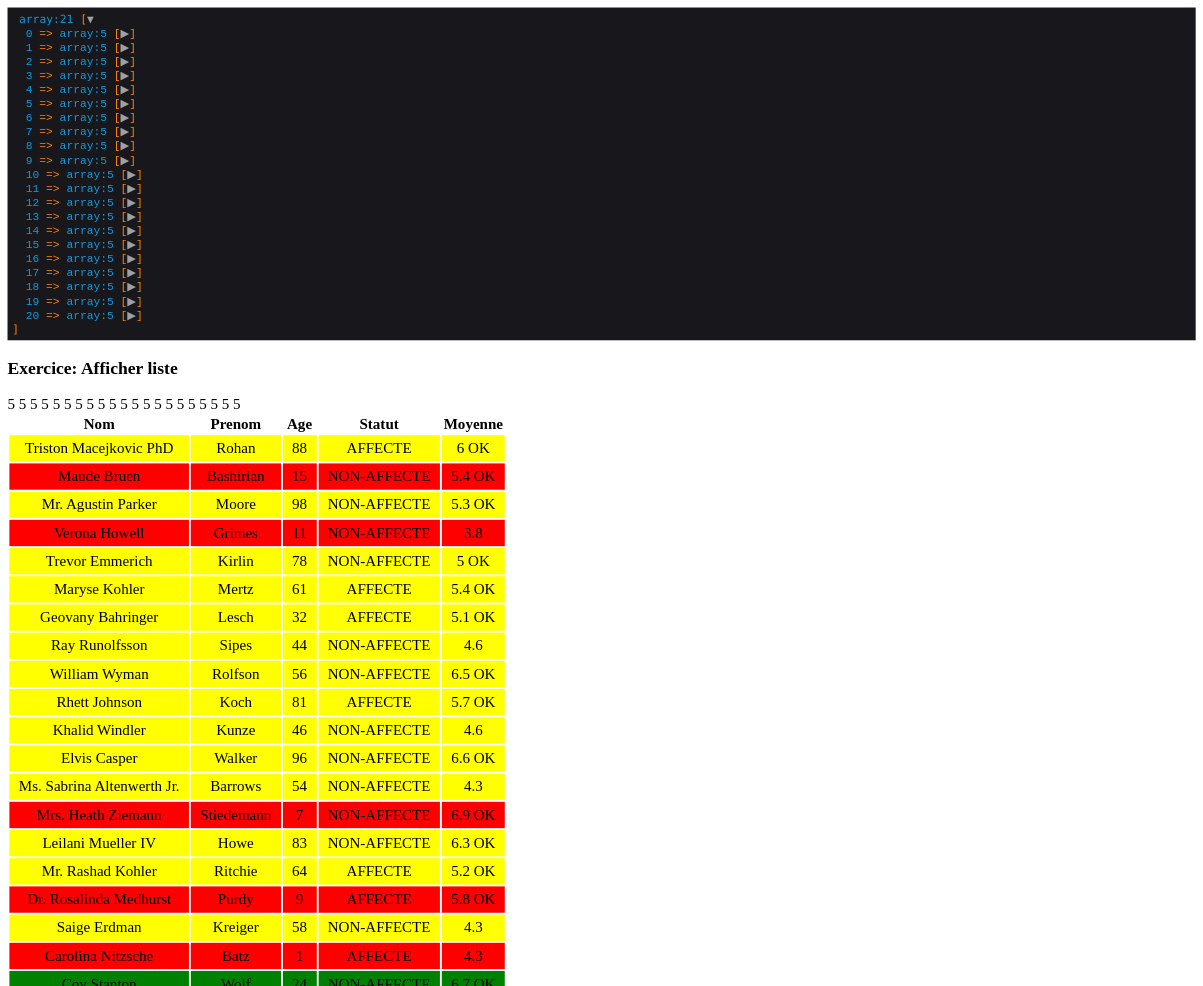
Repository: Bfabien99/PHPREPO
Page: http://localhost/
An editor plug-in stored every save of this project. The page is shown before and after the next save, followed by the edit.
The browser window is 1280 px wide. The pictures show the whole page, at 94% of full size.
The page is run by PHP 8.4 with error messages shown; the project is at /var/www/html/.

Above is the page before, as saved 2021-12-10 12:10:38.

After the next save:
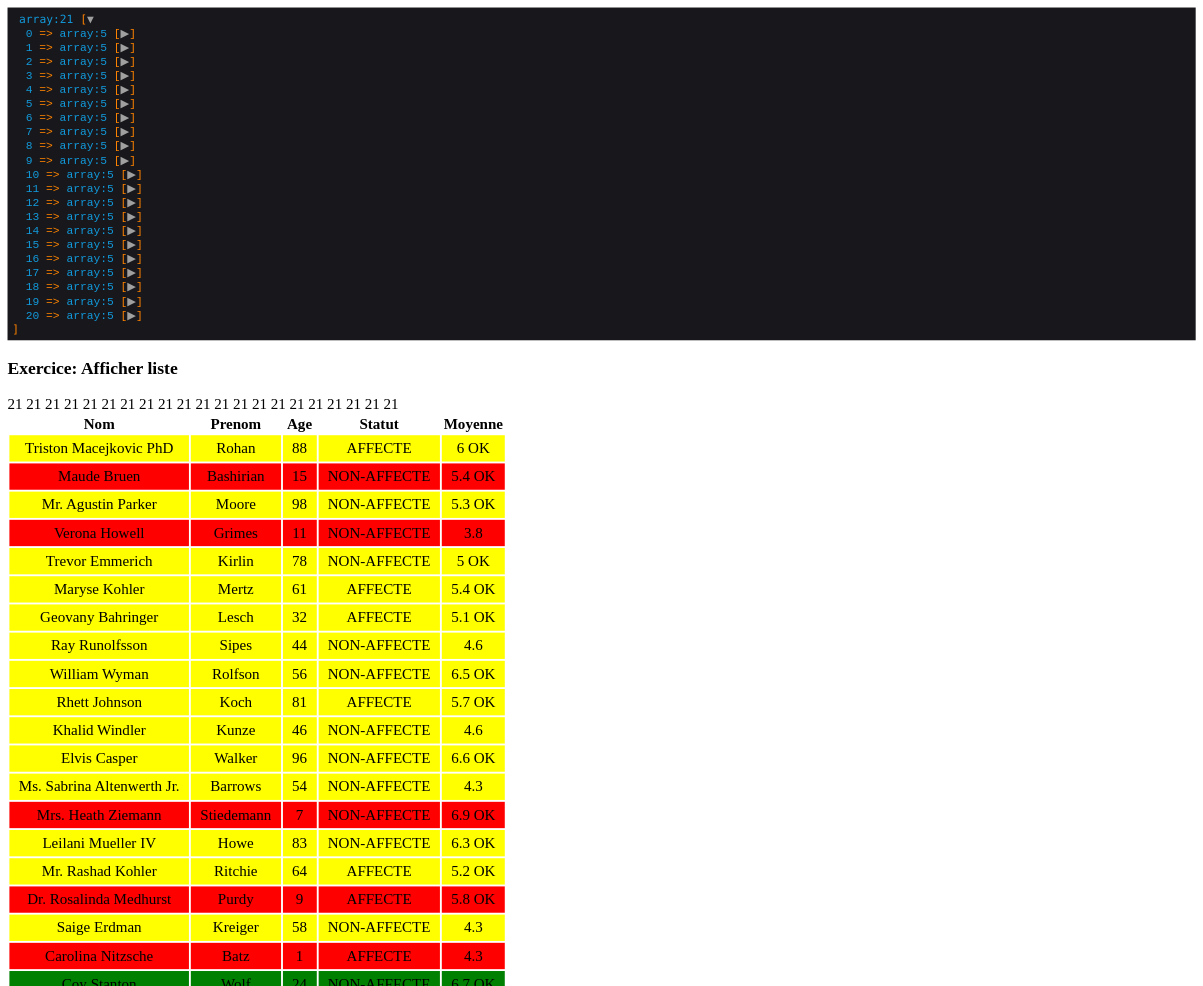
Saved 17 s later.
--- a/MakeFakeData/src/index.php
+++ b/MakeFakeData/src/index.php
@@ -84,7 +84,7 @@ function admis($moy){
 		foreach ($list as $value) {
 				$nbnote = count($value["notes"]);
 				$totalnote = array_sum($value["notes"]);
-				$bonus = count($person);
+				$bonus = count($list);
 				echo $bonus;
 				$moy = $totalnote / $nbnote;
 				$moyG = $nbnote/2 ;
